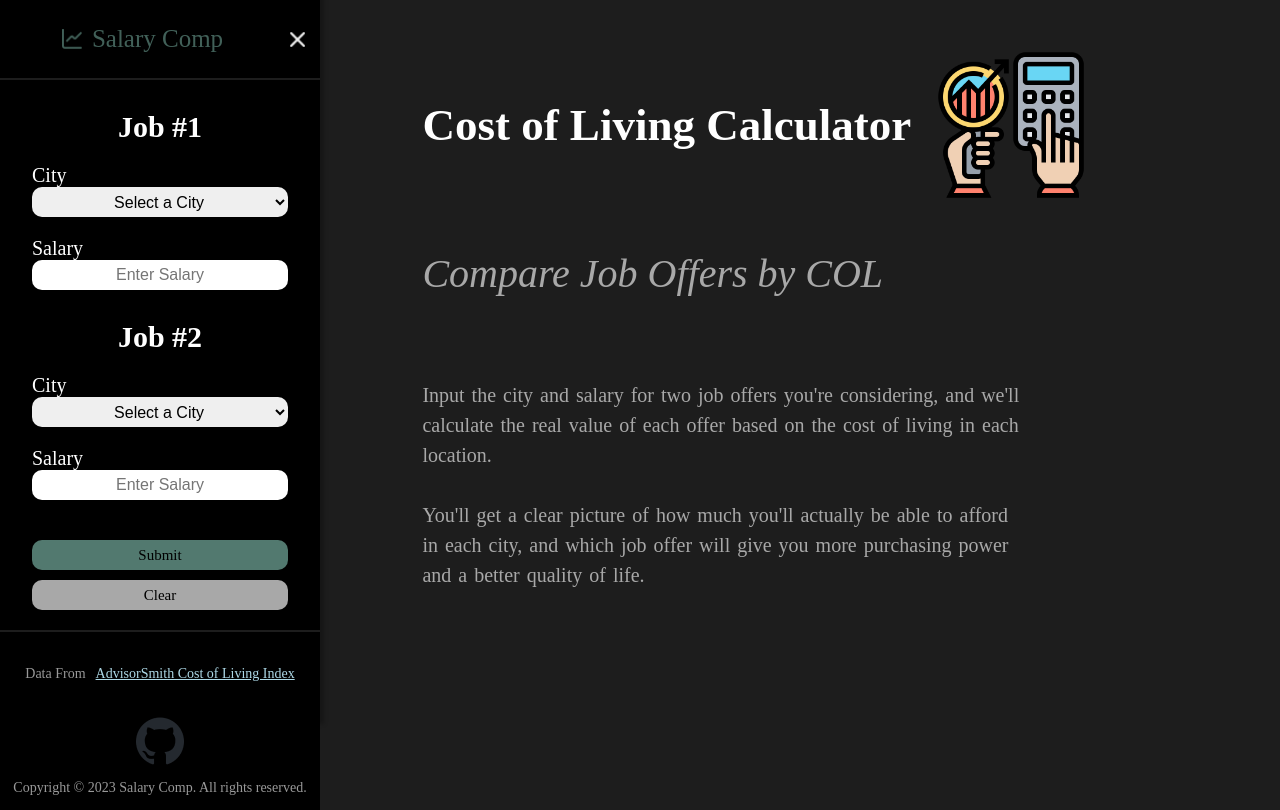
Repository: robbymcd/Salary-Comp
Page: /
An editor plug-in stored every save of this project. The page is shown before and after the next save, followed by the edit.
The browser window is 1280 px wide. The pictures show the whole page.
Some web fonts or font styles are not loaded; a fallback is used. The project was rebuilt for these pictures with package versions that can differ from the ones it lists, and the page was loaded fresh each time. Also part of the build but not shown: src/Main.css, src/Main.js.

Above is the page before, as saved 2023-06-16 11:44:57.

After the next save:
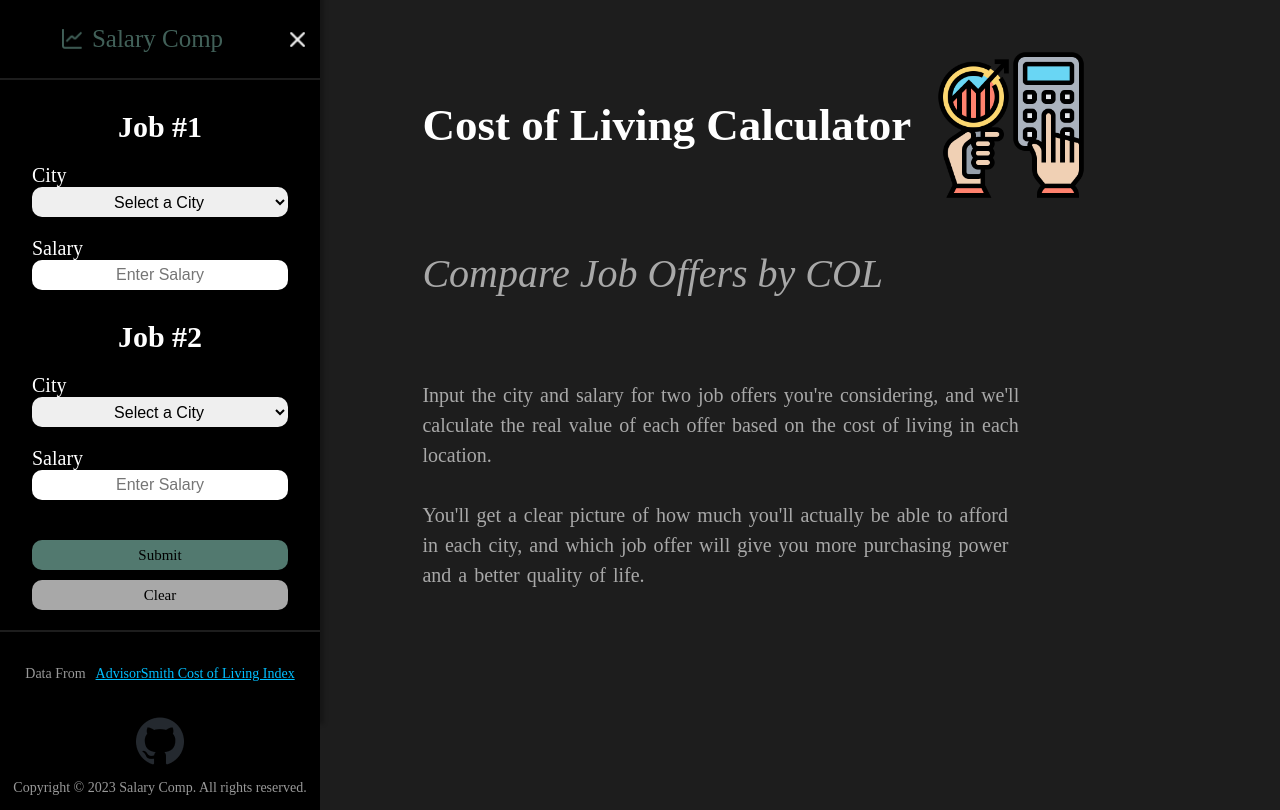
Saved 25 s later.
--- a/src/OpenSidebar.css
+++ b/src/OpenSidebar.css
@@ -172,7 +172,7 @@ input {
     font-size: 14px;
     font-weight: 300;
     font-family: 'Mukta Vaani';
-    color: #ADD8E6;
+    color: #00bfff;
 }
 
 .hiw a:hover {
